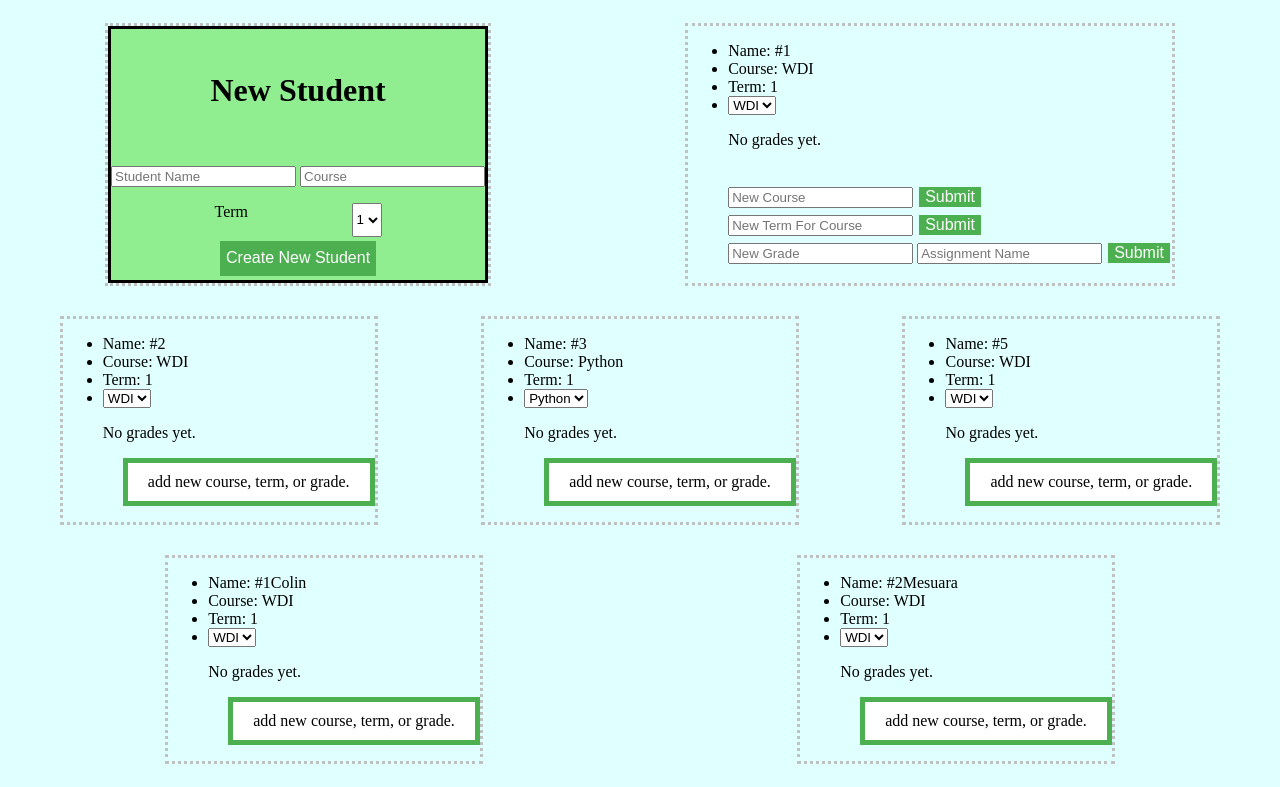
Repository: EdmontDantes/graderaide-fullstack-solution
Page: index.html
An editor plug-in stored every save of this project. The page is shown before and after the next save, followed by the edit.
The browser window is 1280 px wide. The pictures show the whole page.

Above is the page before, as saved 2020-04-22 13:55:01.

### index.html
<html lang="en">
  <head>
    <title>Graderaide</title>
    <meta charset="UTF-8">
    <meta name="viewport" content="width=device-width, initial-scale=1">
    <link rel="stylesheet" type="text/css" href="style-index.css">
  </head>

  <body>
    <section class="app">
      <section class="student-display" id="create-new-student-tile">

      <section class="new-student-input">
        <h1 id="text-h1-creation-section">New Student</h1>

        <div id="new-student-input-boxes">
          <input type="text" class="new-student-name" name="new-student-name" placeholder="Student Name">
          <input type="text" class="new-student-course" name="new-student-course" placeholder="Course">
        </div>

        <div id="new-student-input-options"
          <label for="new-student-term">Term</label>
          <select class="new-student-term" name="new-student-term">
            <option value="1">1</option>
            <option value="2">2</option>
            <option value="3">3</option>
          </select>
        </div>
        <section class="new-student-submit">
          <button type="submit" class="new-student-button">Create New Student</button>
        </section>
      </section>
    </section>

      <section class="student-display " id="student-1">
        <ul class="student-info">
          <li>Name: #1</li>
          <li>Course: WDI</li>
          <li>Term: 1</li>
          <li>
            <select class="course-selection">
              <option value="wdi">WDI</option>
            </select>
            <p>No grades yet.</p>
          </li>

          <br>
          <div id="data-grades-input student-1">
            <section>
              <!-- <label for="new-course">New Course:</label> -->
              <input type="text" name="new-course" class="new-course" placeholder="New Course">
              <button type="submit" class="submit-new-course">Submit</button>
            </section>
            <section>
              <!-- <label for="new-term">New Term For Course:</label> -->
              <input type="text" name="new-term" class="new-term" placeholder="New Term For Course">
              <button type="submit" class="submit-new-term">Submit</button>
            </section>
            <section>
              <!-- <label for="new-grade">New Grade:</label> -->
              <input type="text" name="new-grade" class="new-grade" placeholder="New Grade">
              <!-- <label for="new-grade-assignment">Assignment Name:</label> -->
              <input type="text" name="new-grade-assignment" class="new-grade-assignment" placeholder="Assignment Name">
              <button type="submit" class="submit-new-grade-assignment">Submit</button>
            </section>
          </div>
        </ul>
      </section>
      <section class="student-display">
        <ul class="student-info">
          <li>Name: #2</li>
          <li>Course: WDI</li>
          <li>Term: 1</li>
          <li>
            <select class="course-selection">
              <option value="wdi">WDI</option>
            </select>
            <p>No grades yet.</p>
          </li><a href="add.html">add new course, term, or grade.</a>
        </ul>
      </section>

      <section class="student-display">
        <ul class="student-info">
          <li>Name: #3</li>
          <li>Course: Python</li>
          <li>Term: 1</li>
          <li>
            <select class="course-selection">
              <option value="python">Python</option>
            </select>
            <p>No grades yet.</p>
          </li><a href="add.html">add new course, term, or grade.</a>
        </ul>
      </section>



      <section class="student-display">
        <ul class="student-info">
          <li>Name: #5</li>
          <li>Course: WDI</li>
          <li>Term: 1</li>
          <li>
            <select class="course-selection">
              <option value="wdi">WDI</option>
            </select>
            <p>No grades yet.</p>
          </li><a href="add.html">add new course, term, or grade.</a>
        </ul>
      </section>

      <section class="student-display">
        <ul class="student-info">
          <li>Name: #1Colin</li>
          <li>Course: WDI</li>
          <li>Term: 1</li>
          <li>
            <select class="course-selection">
              <option value="wdi">WDI</option>
            </select>
            <p>No grades yet.</p>
          </li><a href="add.html">add new course, term, or grade.</a>
        </ul>
      </section>
      <section class="student-display">
        <ul class="student-info">
          <li>Name: #2Mesuara</li>
          <li>Course: WDI</li>
          <li>Term: 1</li>
          <li>
            <select class="course-selection">
              <option value="wdi">WDI</option>
            </select>
            <p>No grades yet.</p>
          </li><a href="add.html">add new course, term, or grade.</a>
        </ul>
      </section>





      </section>
    </section>
  </body>
  <script src="main.js"></script>
</html>

### style-index.css
body {
    background-color: lightcyan;
    display: flex;
    flex-wrap: wrap;
    justify-content: center;
}

.app {
    display: flex;
    flex-direction: row;
    flex-wrap: wrap;
    justify-content: space-around;
}

#text-h1-creation-section {
    display: flex;
    flex-wrap: wrap;
    justify-content: center;
    font-size: 2em;
}

#new-student-input-options {
    display: flex;
    flex-wrap: wrap;
    flex-direction: row;
    justify-content: space-evenly;
}

.new-student-submit {
    display: flex;
    flex-wrap: wrap;
    justify-content: center;
}

.new-student-input {
    display: grid;

    background-color: lightgreen;
    border: 3px solid black;

}
button {
    background-color: #4CAF50;
    border: none;
    color: white;
    text-align: center;
    text-decoration: none;
    display: inline-block;
    font-size: 16px;
    margin: 4px 2px;
    cursor: pointer;
}

.student-display {
    display: flex;
    justify-content: space-around;
    border: 3px dotted #BFC0C0;
    margin: 15px;
}

.student-info {
    display: flex;
    flex-direction: column;
    justify-content: space-evenly;
}

a {
    background-color: white;
    color: black;
    border: 5px solid #4CAF50;
    padding: 10px 20px;
    text-align: center;
    text-decoration: none;
    display: inline-block;
    font-size: 16px;
    margin-left: 20px;
}

### main.js
/******************
 * YOUR CODE HERE *
 ******************/

const Grade = (assignment, score) => {
    return {
        assignment,
        score,
    }
}

const Term = () => {
    return {
    grades: [],

    addGrade: function(assignment, score) {
        const grade = Grade(assignment, score);
        this.grades.push(grade);
    },
    }
}

const Course = (name) => {
    return {
    name,
    terms: [Term()],

    addTerm: function() {
        const term = Term();
        this.terms.push(term);
    }
    }
}

const Student = (name, course, term = 1) => {
    return {
    name,
    course,
    term,
    courses: [Course(course)],

    addCourse: function(course) {
        this.courses.push(Course(course));
        this.course = course;
    },

    getAverage: function(courseToFind = this.course, termIndex = this.term - 1) {
        let foundCourse;
        for (const course of this.courses) {
        if (course.name === courseToFind) {
            foundCourse = course;
        }
        }

        const grades = foundCourse.terms[termIndex].grades;
        if (grades.length === 0) {
        return 'No grades yet.'
        }

        let sum = 0;
        for (const grade of grades) {
        sum += grade.score;
        }

        return sum / grades.length;
    },
    }
}

// const createNewStudentTileQuery = document.querySelector('#create-new-student-tile');
const newStudentNameQuery = document.querySelector('.new-student-name');
const newStudentCourseNameQuery = document.querySelector('.new-student-course');
const newStudentTermNumOptionQuery = document.querySelector('.new-student-term');
const btnNewStudentSubmitQuery = document.querySelector('.new-student-button');

const newStudentTile = function() {

    name = newStudentNameQuery.value;
    course = newStudentCourseNameQuery.value;
    termNum = newStudentTermNumOptionQuery.value;

    let newStudent = Student(name, course, termNum);
    console.log(newStudent);
    const studentDisplay = document.createElement('div');
    studentDisplay.className = 'student-display';
    let numId = document.querySelectorAll('.student-display')

    studentDisplay.id = `student-${numId.length}`;
    const studentInfo = document.createElement('ul');
    const nameItem = document.createElement('li');
    const courseItem = document.createElement('li');
    const termItem  = document.createElement('li');

    nameItem.innerText = `Name: ${newStudent.name}`;
    courseItem.innerText = `Course: ${newStudent.course}`;
    termItem.innerText = `Term: ${newStudent.term}`;


    studentInfo.classList.add('student-info');
    studentInfo.appendChild(nameItem);
    studentInfo.appendChild(courseItem);
    studentInfo.appendChild(termItem);
    // someParentElement.appendChild(studentInfo);
    studentDisplay.append(studentInfo);
    document.querySelector('.app').append(studentDisplay)
}

btnNewStudentSubmitQuery.addEventListener('click', newStudentTile);

After the next save:
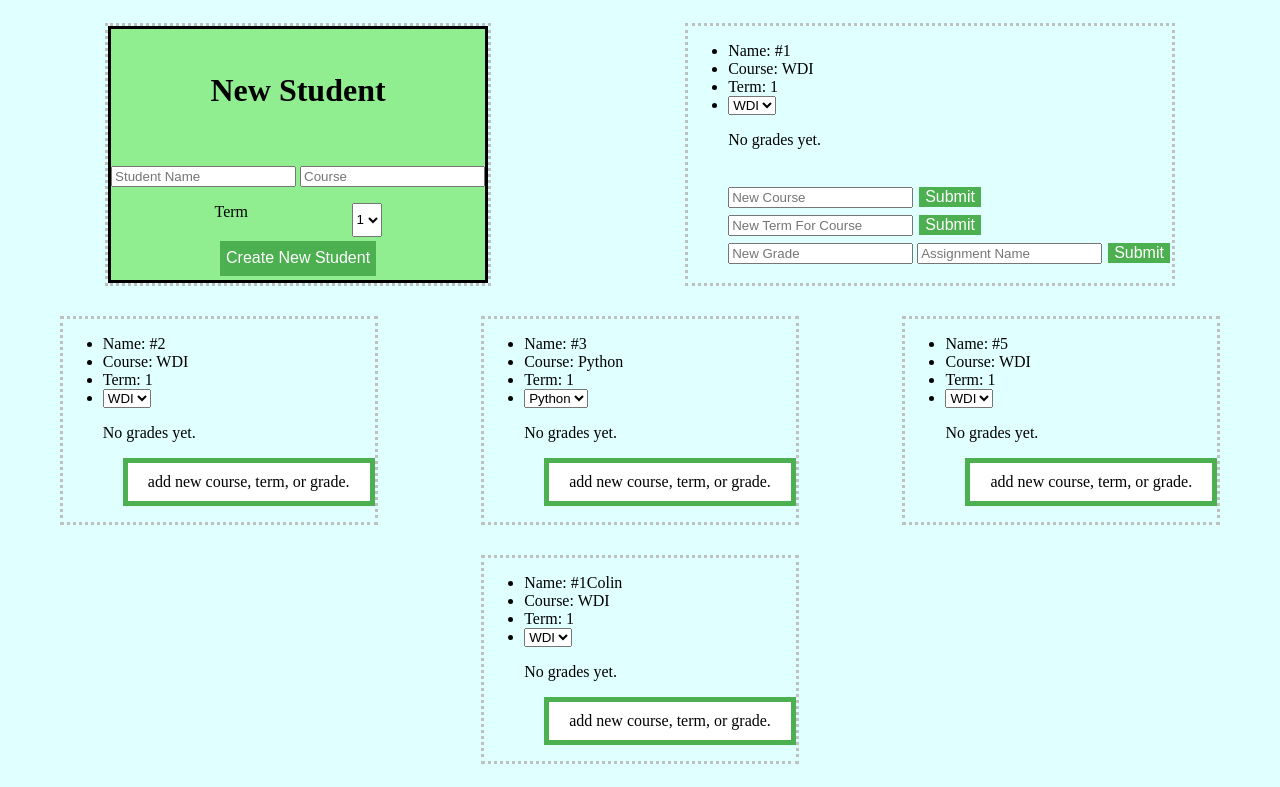
Saved 10 s later.
--- a/index.html
+++ b/index.html
@@ -123,19 +123,7 @@
           </li><a href="add.html">add new course, term, or grade.</a>
         </ul>
       </section>
-      <section class="student-display">
-        <ul class="student-info">
-          <li>Name: #2Mesuara</li>
-          <li>Course: WDI</li>
-          <li>Term: 1</li>
-          <li>
-            <select class="course-selection">
-              <option value="wdi">WDI</option>
-            </select>
-            <p>No grades yet.</p>
-          </li><a href="add.html">add new course, term, or grade.</a>
-        </ul>
-      </section>
+
 
 
 
